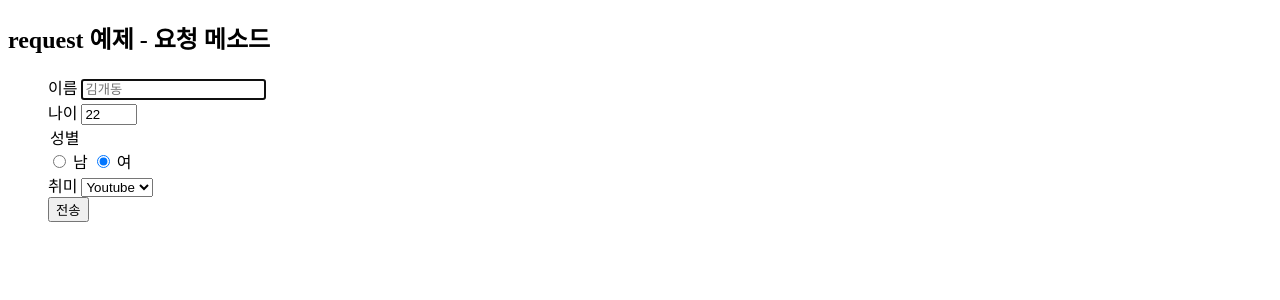
Repository: Tak-kuen/18-2
Page: http://localhost/studyjsp/144_requestTestForm1.jsp
An editor plug-in stored every save of this project. The page is shown before and after the next save, followed by the edit.
The browser window is 1280 px wide. The pictures show the whole page.
The page is served by Tomcat 9. Other server files are loaded and not shown.

Above is the page before, as saved 2018-09-05 04:25:35.

### code/studyjsp/WebContent/144_requestTestForm1.jsp
<%@ page language="java" contentType="text/html; charset=UTF-8"
    pageEncoding="UTF-8"%>
<!DOCTYPE html>
<html>
<head>
<meta charset="UTF-8">
<title>requestTestForm1</title>
</head>
<body>
<h2>request 예제 - 요청 메소드</h2>
<form method="post" action = "requestTest1.jsp">
	<dl>
		<dd>
			<label for="name">이름</label>
			<input id="name" name="name" type="text"
			placeholder="김개동" autofocus required>
		</dd>
		<dd>
			<label for="age">나이</label>
			<input id="age" name="age" type="number"
			min="20" max="99" value="22" required>
		</dd>
		<dd><filedset>
		<legend>성별</legend>
			<input id="gender" name="gender" type="radio" value="m" checked>
			<label for="gender">남</label>
			<input id="gender" name="gender" type="radio" value="ㄹ" checked>
			<label for="gender">여</label>
		</filedset></dd>
		<dd>
			<label for="hobby">취미</label>
			<select id="hobby" name="hobby" required>
				<option value="잠자기" selected>잠자기
				<option value="책읽기" selected>책읽기
				<option value="음악감상" selected>음악감상
				<option value="Youtube" selected>Youtube
			</select>
		</dd>
		<dd>
			<input type="submit" value="전송">
		</dd>
	</dl>
</form>

</body>
</html>

After the next save:
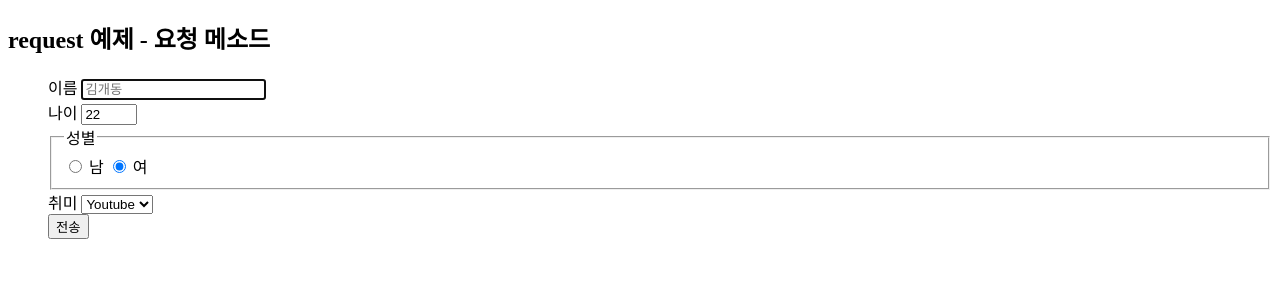
Saved 13 s later.
--- a/code/studyjsp/WebContent/144_requestTestForm1.jsp
+++ b/code/studyjsp/WebContent/144_requestTestForm1.jsp
@@ -20,7 +20,7 @@
 			<input id="age" name="age" type="number"
 			min="20" max="99" value="22" required>
 		</dd>
-		<dd><filedset>
+		<dd><fieldset>
 		<legend>성별</legend>
 			<input id="gender" name="gender" type="radio" value="m" checked>
 			<label for="gender">남</label>
